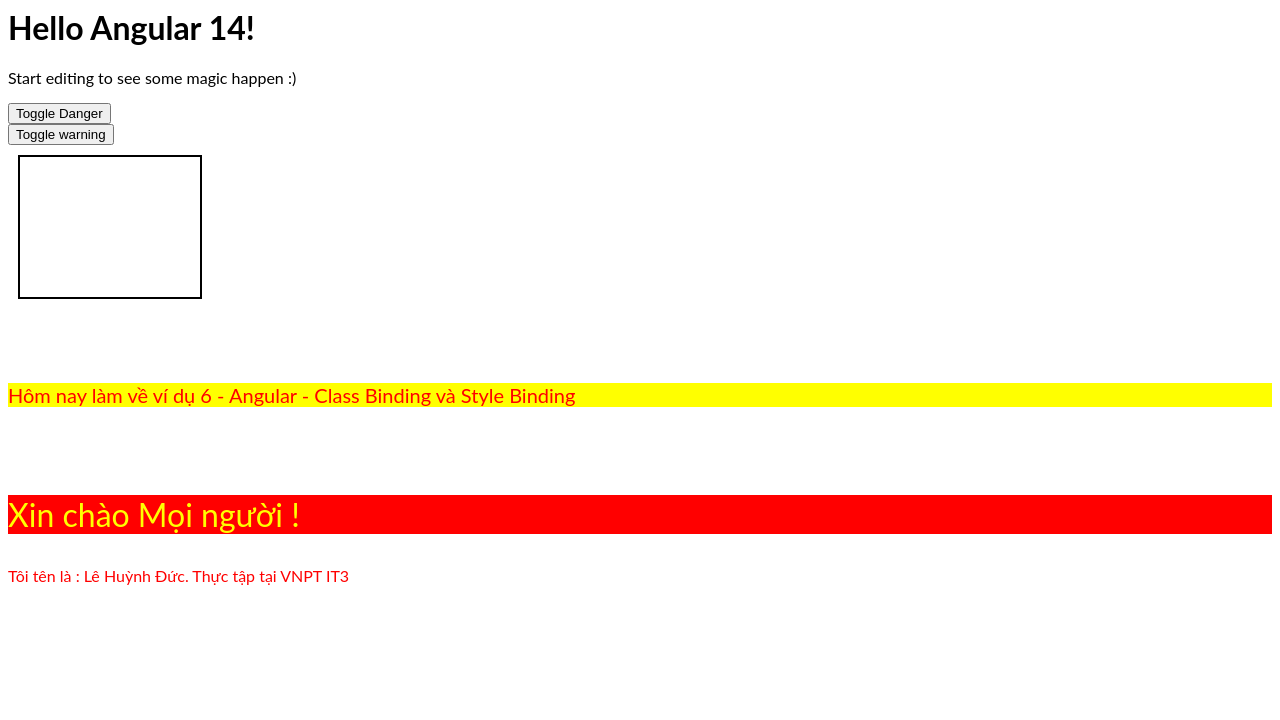
Repository: leduc24/baitap-angular100day
Page: / (app in angular_bai6/)
These files come from the project's save history. The page is drawn as it stood at one moment and after the next save; the edit follows.
The browser window is 1280 px wide. The pictures show the whole page.
The project was rebuilt for these pictures with package versions that can differ from the ones it lists, and the page was loaded fresh each time. Also part of the build but not shown: angular_bai6/angular.json.

Above is the page before, as saved 2022-07-03 17:44:27.

### angular_bai6/src/styles.css
/* Add application styles & imports to this file! */
:root{
    --text-color: red
}

### angular_bai6/src/app/app.component.ts
import { Component, VERSION } from '@angular/core';

@Component({
  selector: 'my-app',
  templateUrl: './app.component.html',
  styleUrls: [ './app.component.css' ]
})
export class AppComponent  {
  name = 'Angular ' + VERSION.major;

  isDanger = false;
  isWarning = false;

}

### angular_bai6/src/app/app.component.html
<hello name="{{ name }}"></hello>
<p>
  Start editing to see some magic happen :)
</p>
<!-- Bài 6 : Tìm Hiểu : cả 2 dạng này là dataBinding : Thay đổi hiển thị
        Class Binding
        Style Binding


  <p class = "foo" style = "color: red ">
      Hello! Bài tập Angular_bai6
</p>
-->
<button (click) = "isDanger = !isDanger"> Toggle Danger</button>
<br>
<button (click) = "isWarning = !isWarning "> Toggle warning</button>
<!--

 Dùng array: <div class = "box" [class] = "['red-border','yellow-background']"></div>
 Dùng Object: <div class = "box" [class] = "{'red-border': isDanger, 'yellow-background': isWarning}"></div>
 Dùng classes: <div [class] = "classes" ></div>
 - [class.ten-class]
 - [class] = "array"
 - [class] = "object" {[ten-class: string : boolean]}
 - [class] = "variable"

-->
<div class = "box" [class.red-border] = "isDanger" [class.yellow-background] = "isWarning"></div>
<br> <br> <br>
<!--
  - [style.tenStyle]
  - [style.ten-style]
  - [style.tenStyle.unitl]

-->
<p [style.color] = "'red'" [style.backgroundColor] = "'yellow'" [style.fontSize.px] = "20">
 Hôm nay làm về ví dụ 6 - Angular - Class Binding và Style Binding
</p>
<br> <br>
<p [style] = "{color: 'yellow', backgroundColor: 'red', fontSize: '2rem' }" >
  Xin chào Mọi người !
</p>
<p style="color:red " >
 Tôi tên là : Lê Huỳnh Đức. Thực tập tại VNPT IT3
</p>

### angular_bai6/src/app/app.component.css
p {
  font-family: Lato;
}

.box {
  width: 100px;
  height: 100px;
  padding: 20px 40px;
  margin: 10px;
  border: 2px solid black;
}

.red-border {
  border: 2px solid red;
}
.yellow-background {
  background: yellow;
}

Loaded but not shown: angular_bai6/src/index.html (common file); angular_bai6/src/main.ts (common file); angular_bai6/src/polyfills.ts (common file); angular_bai6/src/app/app.module.ts (common file); angular_bai6/src/app/hello.component.ts (common file)

After the next save:
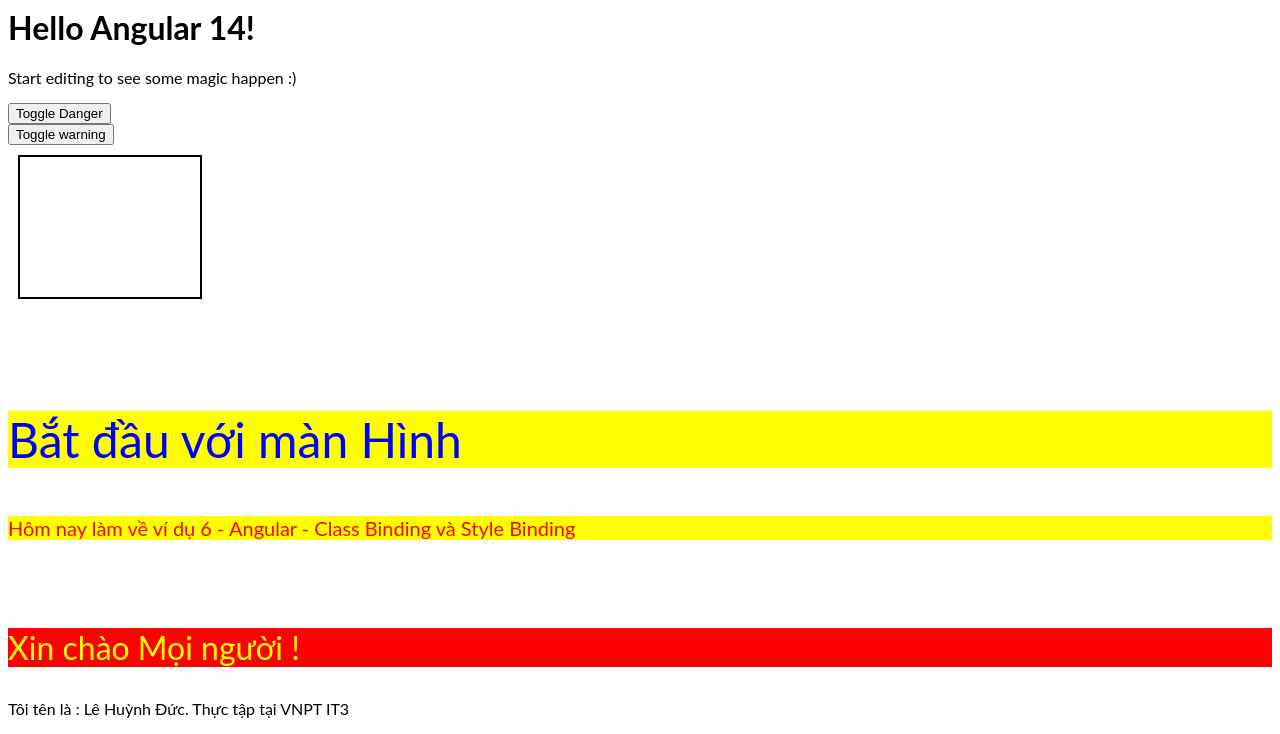
Saved 6 min 1 s later.
--- a/angular_bai6/src/app/app.component.html
+++ b/angular_bai6/src/app/app.component.html
@@ -30,9 +30,13 @@
 <!--
   - [style.tenStyle]
   - [style.ten-style]
-  - [style.tenStyle.unitl]
+  - [style.tenStyle.unit]
+  - [style.css-variable]
 
 -->
+<p [style.--text-color]="isDanger ? 'red' : 'blue' " [style] = "{color: 'var(--text-color)', backgroundColor: 'yellow', fontSize: '3em'}">
+  Bắt đầu với màn Hình
+</p>
 <p [style.color] = "'red'" [style.backgroundColor] = "'yellow'" [style.fontSize.px] = "20">
  Hôm nay làm về ví dụ 6 - Angular - Class Binding và Style Binding
 </p>
@@ -40,6 +44,6 @@
 <p [style] = "{color: 'yellow', backgroundColor: 'red', fontSize: '2rem' }" >
   Xin chào Mọi người !
 </p>
-<p style="color:red " >
+<p style="color:black" >
  Tôi tên là : Lê Huỳnh Đức. Thực tập tại VNPT IT3
 </p>
